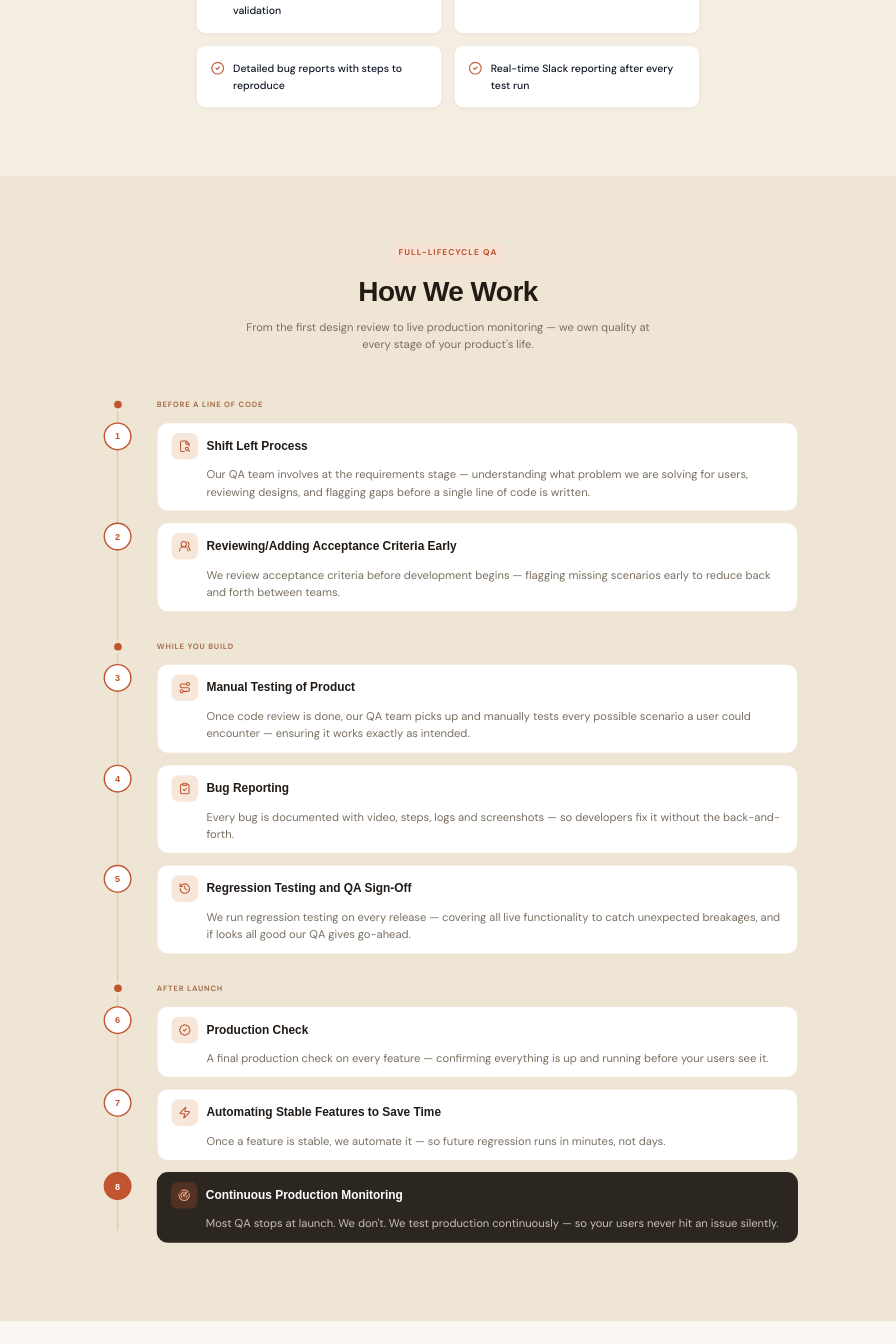
Repository: Monika281992/GoLiveQA
Page: /manual-testing
An editor plug-in stored every save of this project. The page is shown before and after the next save, followed by the edit.
The browser window is 1280 px wide. The pictures show the part of the page from y = 2089 to 4009 px (the page is 4441 px tall before and 2805 px after), at 70% of full size.
The project was rebuilt for these pictures with package versions that can differ from the ones it lists, and the page was loaded fresh each time. The framework's server and built-in components were replaced by stand-ins that run in the browser. Also part of the build but not shown: next.config.mjs.

Above is the page before, as saved 2026-06-27 21:41:12.

### app/layout.tsx
import type { Metadata } from "next";
import { DM_Sans, Kaushan_Script } from "next/font/google";
import "./globals.css";

const dmSans = DM_Sans({
  subsets: ["latin"],
  weight: ["300", "400", "500", "600", "700"],
  variable: "--font-sans",
  display: "swap",
});

const kaushan = Kaushan_Script({
  subsets: ["latin"],
  weight: "400",
  variable: "--font-script",
  display: "swap",
});

export const metadata: Metadata = {
  title: "GoLiveQA",
  description:
    "Senior QA engineer with 9 years of hands-on experience testing Healthcare, SaaS, AI & Real Estate products at startups across India and US. Playwright, Cypress, Postman. Available remotely.",
};

export default function RootLayout({
  children,
}: {
  children: React.ReactNode;
}) {
  return (
    <html lang="en" className={`${dmSans.variable} ${kaushan.variable}`}>
      <body className="font-sans leading-relaxed">{children}</body>
    </html>
  );
}

### app/manual-testing/page.tsx
import { Navbar } from "@/components/navbar";
import { Footer } from "@/components/footer";
import { Button } from "@/components/ui/button";
import { ProblemsWeSolve } from "@/components/ProblemsWeSolve";
import { ArrowRight, CheckCircle2 } from "lucide-react";

export const metadata = {
  title: "Manual Testing — GoLiveQA",
  description: "Expert-led manual testing services for startups and fast-moving teams.",
};

const highlights = [
  "Functional & regression testing every sprint",
  "Exploratory testing to catch edge cases",
  "Cross-browser & cross-device validation",
  "Go/no-go sign-off before every release",
  "Detailed bug reports with steps to reproduce",
  "Real-time Slack reporting after every test run",
];

export default function ManualTestingPage() {
  return (
    <div className="min-h-screen bg-surface">
      <Navbar />
      <main>

        {/* How We Work timeline */}
        <ProblemsWeSolve />

        {/* What's included */}
        <section className="border-t border-hairline bg-surface-soft py-16 md:py-24">
          <div className="mx-auto max-w-container px-5 sm:px-8 lg:px-12">
            <div className="mx-auto max-w-[560px] text-center">
              <h2 className="text-[clamp(1.8rem,3.5vw,2.4rem)] font-bold tracking-[-0.025em] text-ink">
                What&apos;s Included
              </h2>
              <p className="mt-3 text-[1rem] leading-relaxed text-muted">
                Every engagement covers the full testing cycle — no gaps, no guesswork.
              </p>
            </div>
            <div className="mx-auto mt-10 grid max-w-[720px] grid-cols-1 gap-4 sm:grid-cols-2">
              {highlights.map((item) => (
                <div key={item} className="flex items-start gap-3 rounded-[14px] border border-hairline bg-white p-5 shadow-sm">
                  <CheckCircle2 className="mt-0.5 h-5 w-5 flex-none text-accent" />
                  <p className="text-[15px] font-medium text-ink">{item}</p>
                </div>
              ))}
            </div>
          </div>
        </section>

        {/* How We Work timeline */}
        <ProblemsWeSolve />

        {/* CTA */}
        <section className="py-16 md:py-24">
          <div className="mx-auto max-w-container px-5 text-center sm:px-8 lg:px-12">
            <h2 className="text-[clamp(1.8rem,3.5vw,2.4rem)] font-bold tracking-[-0.025em] text-ink">
              Ready to ship with confidence?
            </h2>
            <p className="mt-3 text-[1rem] text-muted">
              Tell us about your product and we&apos;ll put together the right testing plan.
            </p>
            <Button asChild size="lg" className="mt-7">
              <a href="/book-a-call">
                Book a Consultation <ArrowRight className="h-[18px] w-[18px]" />
              </a>
            </Button>
          </div>
        </section>
      </main>
      <Footer />
    </div>
  );
}

### app/globals.css
@tailwind base;
@tailwind components;
@tailwind utilities;

html {
  scroll-behavior: smooth;
}

body {
  background-color: #faf7f2;
  color: #4b5563;
  -webkit-font-smoothing: antialiased;
}

### components/footer.tsx
const links = [
  { label: "About", href: "#about" },
  { label: "How Can I Help", href: "#services" },
  { label: "Process", href: "#process" },
  { label: "Contact", href: "#contact" },
];

export function Footer() {
  return (
    <footer className="border-t border-hairline bg-white py-8">
      <div className="mx-auto flex max-w-container flex-wrap items-center justify-between gap-x-7 gap-y-4 px-5 sm:px-8 lg:px-12">
        <a href="#top" className="text-lg font-bold tracking-tight text-brand">
          GoLiveQA
        </a>
        <div className="flex flex-wrap gap-6">
          {links.map((l) => (
            <a
              key={l.href}
              href={l.href}
              className="text-sm text-muted transition-colors hover:text-ink"
            >
              {l.label}
            </a>
          ))}
        </div>
        <p className="text-[13.5px] text-faint">
          © 2026 GoLiveQA. All rights reserved. A boutique QA consultancy.
        </p>
      </div>
    </footer>
  );
}

### components/ui/button.tsx
import * as React from "react";
import { Slot } from "@radix-ui/react-slot";
import { cva, type VariantProps } from "class-variance-authority";
import { cn } from "@/lib/utils";

const buttonVariants = cva(
  "inline-flex items-center justify-center gap-2 whitespace-nowrap rounded-xl font-semibold transition-all focus-visible:outline-none focus-visible:ring-2 focus-visible:ring-brand/40 focus-visible:ring-offset-2 disabled:pointer-events-none disabled:opacity-50",
  {
    variants: {
      variant: {
        default:
          "bg-brand text-white shadow-brand hover:bg-brand-dark hover:-translate-y-0.5",
        outline:
          "border-[1.5px] border-brand text-brand hover:bg-brand hover:text-white",
        ghost: "text-brand hover:bg-brand/5",
      },
      size: {
        default: "h-11 px-6 text-[15px]",
        lg: "h-[52px] px-7 text-base",
        sm: "h-9 px-[18px] text-sm",
      },
    },
    defaultVariants: {
      variant: "default",
      size: "default",
    },
  }
);

export interface ButtonProps
  extends React.ButtonHTMLAttributes<HTMLButtonElement>,
    VariantProps<typeof buttonVariants> {
  asChild?: boolean;
}

const Button = React.forwardRef<HTMLButtonElement, ButtonProps>(
  ({ className, variant, size, asChild = false, ...props }, ref) => {
    const Comp = asChild ? Slot : "button";
    return (
      <Comp
        className={cn(buttonVariants({ variant, size, className }))}
        ref={ref}
        {...props}
      />
    );
  }
);
Button.displayName = "Button";

export { Button, buttonVariants };

### components/ProblemsWeSolve.jsx
"use client";

import {
  FileSearch2,
  UsersRound,
  Route,
  ClipboardCheck,
  History,
  BadgeCheck,
  Zap,
  Radar,
} from "lucide-react";

const ACCENT      = "#c0552f";
const RAIL_COLOR  = "#ddcdb4";
const BG_SECTION  = "#efe5d4";
const BG_CARD     = "#ffffff";
const TEXT_HEAD   = "#211a15";
const TEXT_BODY   = "#7a6f62";
const CHIP_BG     = "#f7e7db";
const PHASE_TEXT  = "#a8714f";
const EYEBROW_BG  = "#f7e3d6";

const DARK = {
  bg:   "#2c2620",
  title:"#ffffff",
  body: "#c9bfb2",
  icon: "#f0a07e",
  chip: "rgba(192,85,47,0.25)",
};

const phases = [
  {
    label: "Before a line of code",
    items: [
      {
        n: 1, Icon: FileSearch2,
        title: "Shift Left Process",
        desc:  "Our QA team involves at the requirements stage — understanding what problem we are solving for users, reviewing designs, and flagging gaps before a single line of code is written.",
        dark: false,
      },
      {
        n: 2, Icon: UsersRound,
        title: "Reviewing/Adding Acceptance Criteria Early",
        desc:  "We review acceptance criteria before development begins — flagging missing scenarios early to reduce back and forth between teams.",
        dark: false,
      },
    ],
  },
  {
    label: "While you build",
    items: [
      {
        n: 3, Icon: Route,
        title: "Manual Testing of Product",
        desc:  "Once code review is done, our QA team picks up and manually tests every possible scenario a user could encounter — ensuring it works exactly as intended.",
        dark: false,
      },
      {
        n: 4, Icon: ClipboardCheck,
        title: "Bug Reporting",
        desc:  "Every bug is documented with video, steps, logs and screenshots — so developers fix it without the back-and-forth.",
        dark: false,
      },
      {
        n: 5, Icon: History,
        title: "Regression Testing and QA Sign-Off",
        desc:  "We run regression testing on every release — covering all live functionality to catch unexpected breakages, and if looks all good our QA gives go-ahead.",
        dark: false,
      },
    ],
  },
  {
    label: "After launch",
    items: [
      {
        n: 6, Icon: BadgeCheck,
        title: "Production Check",
        desc:  "A final production check on every feature — confirming everything is up and running before your users see it.",
        dark: false,
      },
      {
        n: 7, Icon: Zap,
        title: "Automating Stable Features to Save Time",
        desc:  "Once a feature is stable, we automate it — so future regression runs in minutes, not days.",
        dark: false,
      },
      {
        n: 8, Icon: Radar,
        title: "Continuous Production Monitoring",
        desc:  "Most QA stops at launch. We don't. We test production continuously — so your users never hit an issue silently.",
        dark: true,
      },
    ],
  },
];

export function ProblemsWeSolve() {
  return (
    <section style={{ background: BG_SECTION, padding: "96px 32px" }}
      className="!py-16 !px-5 md:!py-24 md:!px-8">
<div style={{ maxWidth: 1000, margin: "0 auto" }}>

        {/* Header */}
        <div style={{ maxWidth: 600, margin: "0 auto 64px", textAlign: "center" }}>
          <span style={{
            display: "inline-block",
            background: EYEBROW_BG,
            color: ACCENT,
            fontSize: 12,
            fontWeight: 700,
            textTransform: "uppercase",
            letterSpacing: "0.12em",
            borderRadius: 999,
            padding: "5px 14px",
            marginBottom: 16,
          }}>
            Full-Lifecycle QA
          </span>
          <h2 style={{
            fontFamily: "'Poppins', sans-serif",
            fontWeight: 600,
            fontSize: "clamp(1.8rem, 4vw, 2.5rem)",
            color: TEXT_HEAD,
            margin: "0 0 16px",
            lineHeight: 1.15,
            letterSpacing: "-0.02em",
          }}>
            How We Work
          </h2>
          <p style={{ fontSize: 16, color: TEXT_BODY, lineHeight: 1.6, margin: 0 }}>
            From the first design review to live production monitoring — we own quality at every stage of your product&apos;s life.
          </p>
        </div>

        {/* Timeline */}
        <div style={{ position: "relative" }}>
          {/* Vertical rail */}
          <div style={{
            position: "absolute",
            left: 27,
            top: 18,
            bottom: 18,
            width: 2,
            background: RAIL_COLOR,
            zIndex: 0,
          }} />

          {phases.map((phase, phaseIdx) => (
            <div key={phase.label}>
              {/* Phase label row */}
              <div style={{
                display: "flex",
                alignItems: "center",
                gap: 28,
                marginTop: phaseIdx === 0 ? 0 : 40,
                marginBottom: 16,
              }}>
                <div style={{ width: 56, flexShrink: 0, display: "flex", justifyContent: "center", position: "relative", zIndex: 1 }}>
                  <div style={{
                    width: 11,
                    height: 11,
                    borderRadius: "50%",
                    background: ACCENT,
                    boxShadow: `0 0 0 4px ${BG_SECTION}`,
                  }} />
                </div>
                <span style={{
                  fontSize: 11,
                  fontWeight: 700,
                  textTransform: "uppercase",
                  letterSpacing: "0.1em",
                  color: PHASE_TEXT,
                }}>
                  {phase.label}
                </span>
              </div>

              {/* Items */}
              {phase.items.map((item) => {
                const isDark = item.dark;
                return (
                  <div key={item.n} style={{ display: "flex", gap: 28, alignItems: "flex-start", marginBottom: 16 }}>

                    {/* Numbered node */}
                    <div style={{ width: 56, flexShrink: 0, display: "flex", justifyContent: "center", position: "relative", zIndex: 1 }}>
                      <div style={{
                        width: 40,
                        height: 40,
                        borderRadius: "50%",
                        background: isDark ? ACCENT : BG_CARD,
                        border: `2px solid ${ACCENT}`,
                        display: "flex",
                        alignItems: "center",
                        justifyContent: "center",
                        fontFamily: "'Poppins', sans-serif",
                        fontWeight: 600,
                        fontSize: 13,
                        color: isDark ? "#fff" : ACCENT,
                      }}>
                        {item.n}
                      </div>
                    </div>

                    {/* Card */}
                    <div
                      className="transition-all duration-200 hover:-translate-y-1 hover:shadow-md"
                      style={{
                      flex: 1,
                      background: isDark ? DARK.bg : BG_CARD,
                      border: isDark ? "none" : "1px solid #ece1d0",
                      borderRadius: 16,
                      padding: "14px 20px",
                    }}>
                      {/* Icon + title */}
                      <div style={{ display: "flex", alignItems: "center", gap: 12 }}>
                        <div style={{
                          width: 38,
                          height: 38,
                          borderRadius: 10,
                          flexShrink: 0,
                          background: isDark ? DARK.chip : CHIP_BG,
                          display: "flex",
                          alignItems: "center",
                          justifyContent: "center",
                        }}>
                          <item.Icon size={18} color={isDark ? DARK.icon : ACCENT} />
                        </div>
                        <h3 style={{
                          fontFamily: "'Poppins', sans-serif",
                          fontWeight: 600,
                          fontSize: 17,
                          color: isDark ? DARK.title : TEXT_HEAD,
                          margin: 0,
                          lineHeight: 1.3,
                        }}>
                          {item.title}
                        </h3>
                      </div>

                      {/* Description */}
                      <p style={{
                        fontSize: 16,
                        lineHeight: 1.55,
                        color: isDark ? DARK.body : TEXT_BODY,
                        margin: "10px 0 0",
                        paddingLeft: 50,
                      }}>
                        {item.desc}
                      </p>
                    </div>

                  </div>
                );
              })}
            </div>
          ))}
        </div>

      </div>
    </section>
  );
}

### tailwind.config.ts
import type { Config } from "tailwindcss";

const config: Config = {
  content: [
    "./app/**/*.{ts,tsx}",
    "./components/**/*.{ts,tsx}",
  ],
  theme: {
    extend: {
      colors: {
        // Brand action color (blue) — CTAs, links
        brand: { DEFAULT: "#145fdd", dark: "#0d46b8" },
        // Warm personal accent (terracotta) — eyebrows, badges, signature
        accent: { DEFAULT: "#c2613f", soft: "#f6ebe5" },
        // Warm surfaces
        surface: { DEFAULT: "#faf7f2", soft: "#f4ede2" },
        hairline: "#ece4d7",
        // Text
        ink: "#111827",
        body: "#4b5563",
        muted: "#6b7280",
        faint: "#9ca3af",
      },
      fontFamily: {
        sans: ["var(--font-sans)", "system-ui", "sans-serif"],
        script: ["var(--font-script)", "cursive"],
      },
      maxWidth: {
        container: "1120px",
      },
      boxShadow: {
        card: "0 1px 3px rgba(0,0,0,0.03)",
        lift: "0 20px 40px -18px rgba(0,0,0,0.16)",
        brand: "0 8px 20px -8px rgba(20,95,221,0.5)",
        photo: "0 18px 44px -22px rgba(0,0,0,0.28)",
        cta: "0 28px 70px -34px rgba(0,0,0,0.22)",
      },
    },
  },
  plugins: [],
};

export default config;

Loaded but not shown: lib/utils.ts (common file); components/navbar.tsx (185 lines, source omitted)

After the next save:
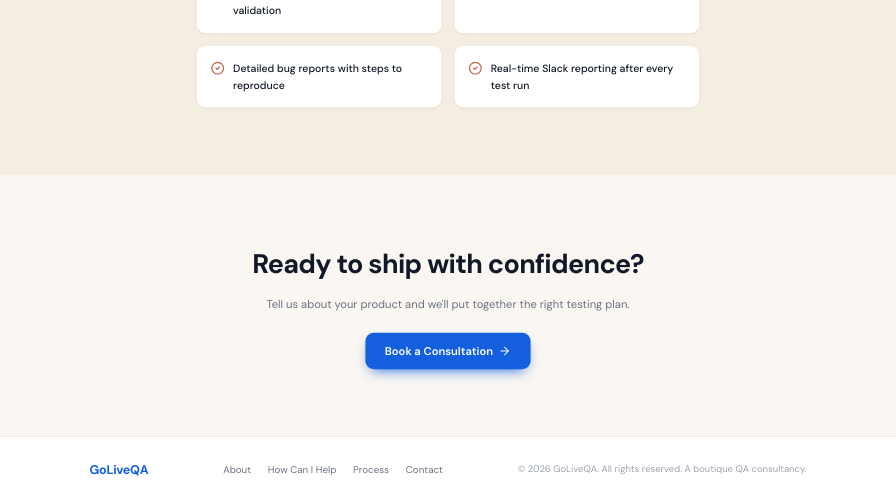
Saved 5 s later.
--- a/app/manual-testing/page.tsx
+++ b/app/manual-testing/page.tsx
@@ -49,9 +49,6 @@ export default function ManualTestingPage() {
           </div>
         </section>
 
-        {/* How We Work timeline */}
-        <ProblemsWeSolve />
-
         {/* CTA */}
         <section className="py-16 md:py-24">
           <div className="mx-auto max-w-container px-5 text-center sm:px-8 lg:px-12">
